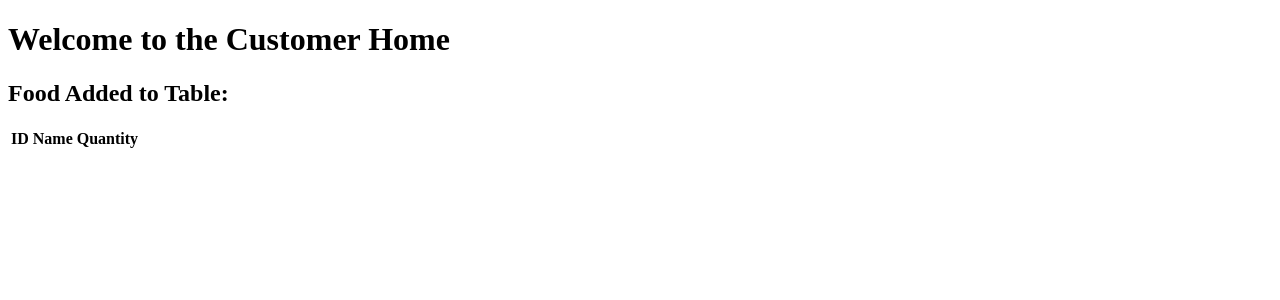
Repository: NguyenHuy-lang/RestaurantMicroserviceFrontEnd
Page: customer-home.html
These files come from the project's save history. The page is drawn as it stood at one moment and after the next save; the edit follows.
The browser window is 1280 px wide. The pictures show the whole page.
The page's requests for data from a server got no answer.

Above is the page before, as saved 2023-06-08 06:49:26.

### customer-home.html
<!DOCTYPE html>
<html>
<head>
  <title>Customer Home</title>
</head>
<body>
  <h1>Welcome to the Customer Home</h1>

  <div id="food-container"></div>

  <h2>Food Added to Table:</h2>
  <table id="added-foods-table">
    <thead>
      <tr>
        <th>ID</th>
        <th>Name</th>
        <th>Quantity</th>
      </tr>
    </thead>
    <tbody id="added-foods-body">
    </tbody>
  </table>

  <script>
    const token = localStorage.getItem("accessToken");
    const addedFoods = [];

    fetch('http://localhost:8082/api/v1/foods')
      .then(response => response.json())
      .then(foods => {
        const tableContainer = document.getElementById('food-container');
        const table = document.createElement('table');
        const tableHead = document.createElement('thead');
        const tableBody = document.createElement('tbody');

        const headerRow = document.createElement('tr');
        const headers = ['ID', 'Name', 'Price', 'Quantity', 'Actions'];
        headers.forEach(header => {
          const th = document.createElement('th');
          th.textContent = header;
          headerRow.appendChild(th);
        });
        tableHead.appendChild(headerRow);
        table.appendChild(tableHead);

        foods.forEach(food => {
          const row = document.createElement('tr');

          const idCell = document.createElement('td');
          idCell.textContent = food.id;
          row.appendChild(idCell);

          const nameCell = document.createElement('td');
          nameCell.textContent = food.name;
          row.appendChild(nameCell);

          const priceCell = document.createElement('td');
          priceCell.textContent = food.price;
          row.appendChild(priceCell);

          const quantityCell = document.createElement('td');
          const quantityInput = document.createElement('input');
          quantityInput.type = 'number';
          quantityInput.value = 0;
          quantityCell.appendChild(quantityInput);
          row.appendChild(quantityCell);

          const actionsCell = document.createElement('td');
          const addToTableBtn = document.createElement('button');
          addToTableBtn.textContent = 'Add to Table';
          addToTableBtn.addEventListener('click', function() {
            const quantity = parseInt(quantityInput.value);
            if (quantity > 0) {
              addFoodToTable(food.id, quantity);
            }
          });
          actionsCell.appendChild(addToTableBtn);
          row.appendChild(actionsCell);

          tableBody.appendChild(row);
        });

        table.appendChild(tableBody);
        tableContainer.appendChild(table);
      })
      .catch(error => {
        console.log('Error:', error);
      });

    function addFoodToTable(foodId, quantity) {
      const apiUrl = "http://localhost:8083/api/v1/bookings/{bookingId}/tables/{tableId}/foods/{foodId}";
      const bookingId = localStorage.getItem("bookingSelected");
      const tableId = localStorage.getItem("tableId")
      const body = {
        quantity: quantity
      };

      fetch(apiUrl.replace('{bookingId}', bookingId).replace('{foodId}', foodId), {
        method: 'POST',
        headers: {
          'Content-Type': 'application/json',
          'Authorization': 'Bearer ' + token
        },
        body: JSON.stringify(body)
      })
        .then(response => response.json())
        .then(data => {
          console.log('Food added to table:', data);
          addedFoods.push(data);
          updateAddedFoodsDisplay();
          // Perform any necessary actions or update the UI accordingly
        })
        .catch(error => {
          console.log('Error:', error);
          // Handle the error scenario
        });
    }

    function updateAddedFoodsDisplay() {
      const addedFoodsTable = document.getElementById('added-foods-table');
      const addedFoodsBody = document.getElementById('added-foods-body');
      addedFoodsBody.innerHTML = '';

      addedFoods.forEach(food => {
        const row = document.createElement('tr');

        const idCell = document.createElement('td');
        idCell.textContent = food.id;
        row.appendChild(idCell);

        const nameCell = document.createElement('td');
        nameCell.textContent = food.name;
        row.appendChild(nameCell);

        const quantityCell = document.createElement('td');
        quantityCell.textContent = food.quantity;
        row.appendChild(quantityCell);

        addedFoodsBody.appendChild(row);
      });
    }
  </script>
</body>
</html>

After the next save:
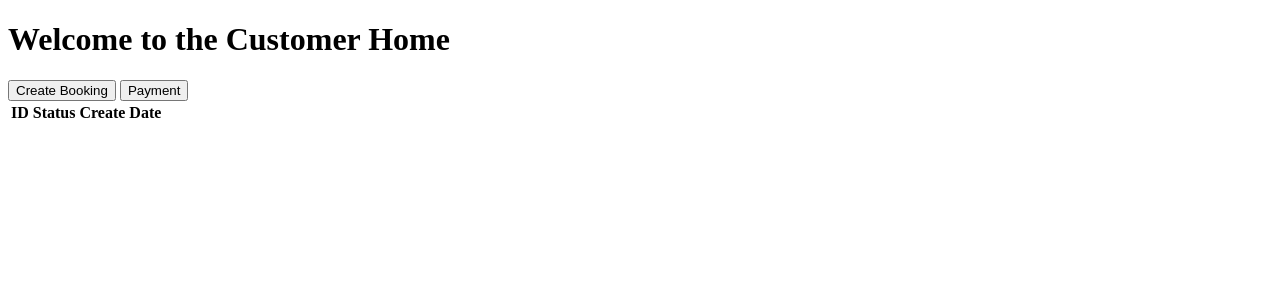
Saved 22 s later.
--- a/customer-home.html
+++ b/customer-home.html
@@ -6,139 +6,58 @@
 <body>
   <h1>Welcome to the Customer Home</h1>
 
-  <div id="food-container"></div>
+  <button onclick="createBooking()">Create Booking</button>
+  <button onclick="payment()">Payment</button>
 
-  <h2>Food Added to Table:</h2>
-  <table id="added-foods-table">
-    <thead>
-      <tr>
-        <th>ID</th>
-        <th>Name</th>
-        <th>Quantity</th>
-      </tr>
-    </thead>
-    <tbody id="added-foods-body">
-    </tbody>
+  <table id="bookingTable">
+    <tr>
+      <th>ID</th>
+      <th>Status</th>
+      <th>Create Date</th>
+    </tr>
   </table>
 
   <script>
+    const apiUrl = "http://localhost:8083/api/v1/bookings/";
     const token = localStorage.getItem("accessToken");
-    const addedFoods = [];
 
-    fetch('http://localhost:8082/api/v1/foods')
-      .then(response => response.json())
-      .then(foods => {
-        const tableContainer = document.getElementById('food-container');
-        const table = document.createElement('table');
-        const tableHead = document.createElement('thead');
-        const tableBody = document.createElement('tbody');
+    const appendBookingRow = (booking) => {
+      const table = document.getElementById("bookingTable");
+      const newRow = table.insertRow();
 
-        const headerRow = document.createElement('tr');
-        const headers = ['ID', 'Name', 'Price', 'Quantity', 'Actions'];
-        headers.forEach(header => {
-          const th = document.createElement('th');
-          th.textContent = header;
-          headerRow.appendChild(th);
-        });
-        tableHead.appendChild(headerRow);
-        table.appendChild(tableHead);
+      const idCell = newRow.insertCell();
+      const statusCell = newRow.insertCell();
+      const createDateCell = newRow.insertCell();
+      const chooseTableCell = newRow.insertCell();
 
-        foods.forEach(food => {
-          const row = document.createElement('tr');
+      idCell.innerHTML = booking.id;
+      statusCell.innerHTML = booking.status;
+      createDateCell.innerHTML = booking.createDate;
 
-          const idCell = document.createElement('td');
-          idCell.textContent = food.id;
-          row.appendChild(idCell);
-
-          const nameCell = document.createElement('td');
-          nameCell.textContent = food.name;
-          row.appendChild(nameCell);
-
-          const priceCell = document.createElement('td');
-          priceCell.textContent = food.price;
-          row.appendChild(priceCell);
-
-          const quantityCell = document.createElement('td');
-          const quantityInput = document.createElement('input');
-          quantityInput.type = 'number';
-          quantityInput.value = 0;
-          quantityCell.appendChild(quantityInput);
-          row.appendChild(quantityCell);
-
-          const actionsCell = document.createElement('td');
-          const addToTableBtn = document.createElement('button');
-          addToTableBtn.textContent = 'Add to Table';
-          addToTableBtn.addEventListener('click', function() {
-            const quantity = parseInt(quantityInput.value);
-            if (quantity > 0) {
-              addFoodToTable(food.id, quantity);
-            }
-          });
-          actionsCell.appendChild(addToTableBtn);
-          row.appendChild(actionsCell);
-
-          tableBody.appendChild(row);
-        });
-
-        table.appendChild(tableBody);
-        tableContainer.appendChild(table);
-      })
-      .catch(error => {
-        console.log('Error:', error);
+      const chooseTableButton = document.createElement("button");
+      chooseTableButton.innerText = "Choose Table";
+      chooseTableButton.addEventListener("click", () => {
+        localStorage.setItem("bookingSelected", booking.id);
+        window.location.href = "http://127.0.0.1:5500/table.html"
       });
 
-    function addFoodToTable(foodId, quantity) {
-      const apiUrl = "http://localhost:8083/api/v1/bookings/{bookingId}/tables/{tableId}/foods/{foodId}";
-      const bookingId = localStorage.getItem("bookingSelected");
-      const tableId = localStorage.getItem("tableId")
-      const body = {
-        quantity: quantity
-      };
+      chooseTableCell.appendChild(chooseTableButton);
 
-      fetch(apiUrl.replace('{bookingId}', bookingId).replace('{foodId}', foodId), {
+    };
+
+    const createBooking = () => {
+      fetch(apiUrl, {
         method: 'POST',
         headers: {
           'Content-Type': 'application/json',
           'Authorization': 'Bearer ' + token
-        },
-        body: JSON.stringify(body)
+        }
       })
-        .then(response => response.json())
-        .then(data => {
-          console.log('Food added to table:', data);
-          addedFoods.push(data);
-          updateAddedFoodsDisplay();
-          // Perform any necessary actions or update the UI accordingly
-        })
-        .catch(error => {
-          console.log('Error:', error);
-          // Handle the error scenario
+        .then((res) => res.json())
+        .then((booking) => {
+          appendBookingRow(booking);
         });
-    }
-
-    function updateAddedFoodsDisplay() {
-      const addedFoodsTable = document.getElementById('added-foods-table');
-      const addedFoodsBody = document.getElementById('added-foods-body');
-      addedFoodsBody.innerHTML = '';
-
-      addedFoods.forEach(food => {
-        const row = document.createElement('tr');
-
-        const idCell = document.createElement('td');
-        idCell.textContent = food.id;
-        row.appendChild(idCell);
-
-        const nameCell = document.createElement('td');
-        nameCell.textContent = food.name;
-        row.appendChild(nameCell);
-
-        const quantityCell = document.createElement('td');
-        quantityCell.textContent = food.quantity;
-        row.appendChild(quantityCell);
-
-        addedFoodsBody.appendChild(row);
-      });
-    }
+    };
   </script>
 </body>
 </html>
